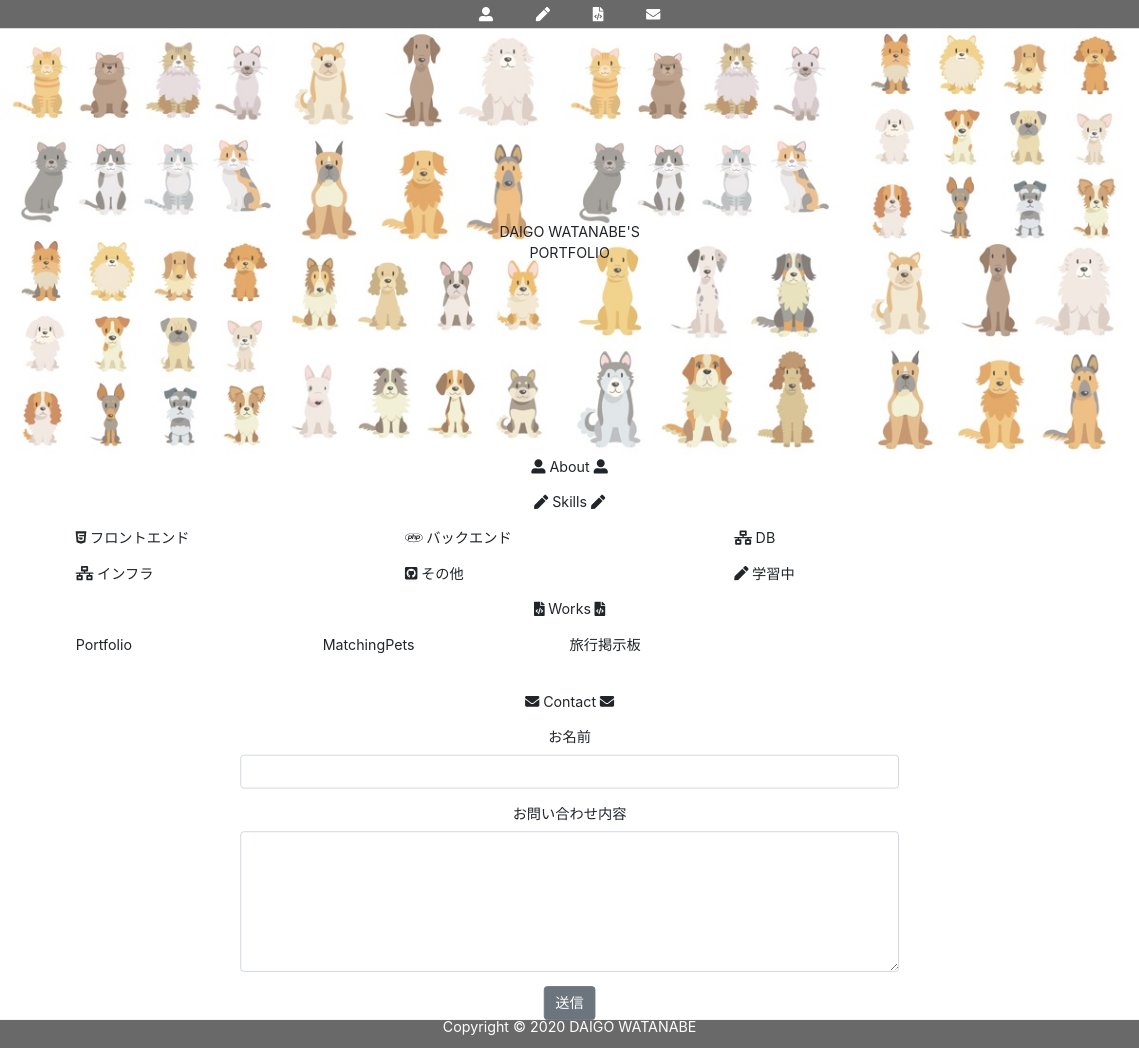
Repository: watanabedaigo/Portfolio
Page: index.html
The author's editor kept a record of every edit. The page is drawn from the files as they stood at one moment, then again after the next edit.
The browser window is 1280 px wide. The pictures show the whole page, at 89% of full size.
Some web libraries are served in a nearby version.

Above is the page before.

After the next edit:
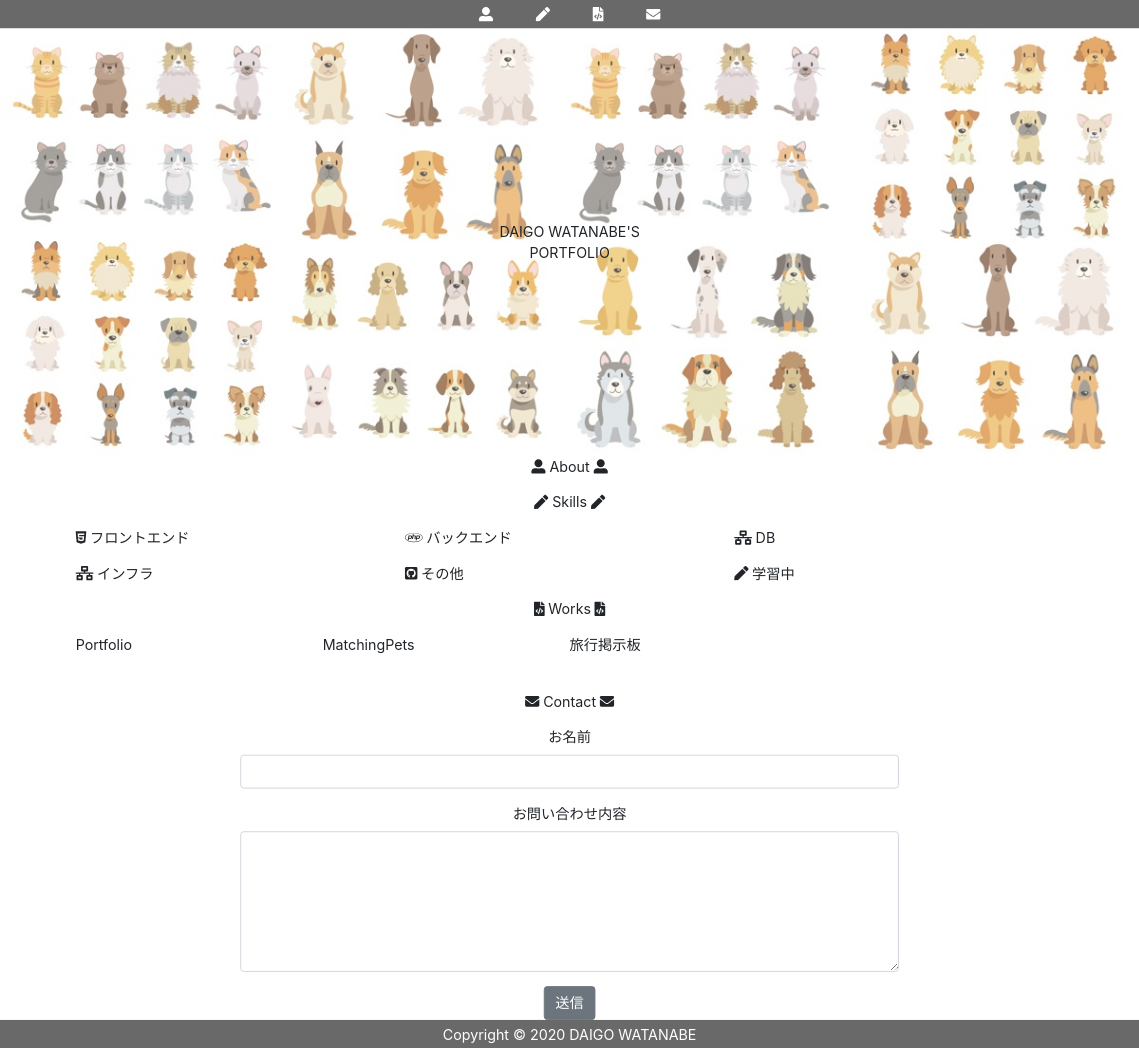
The edit:
--- a/index.html
+++ b/index.html
@@ -153,7 +153,7 @@
         <footer>
             <div class="d-flex justify-content-center align-items-center" style="background-color:dimgray; height:2rem; color:white;">
                 <!--copyright-->
-                <p>Copyright &copy; 2020 DAIGO WATANABE</p>
+                <p class="m-0">Copyright &copy; 2020 DAIGO WATANABE</p>
             </div>
         </footer>
 
